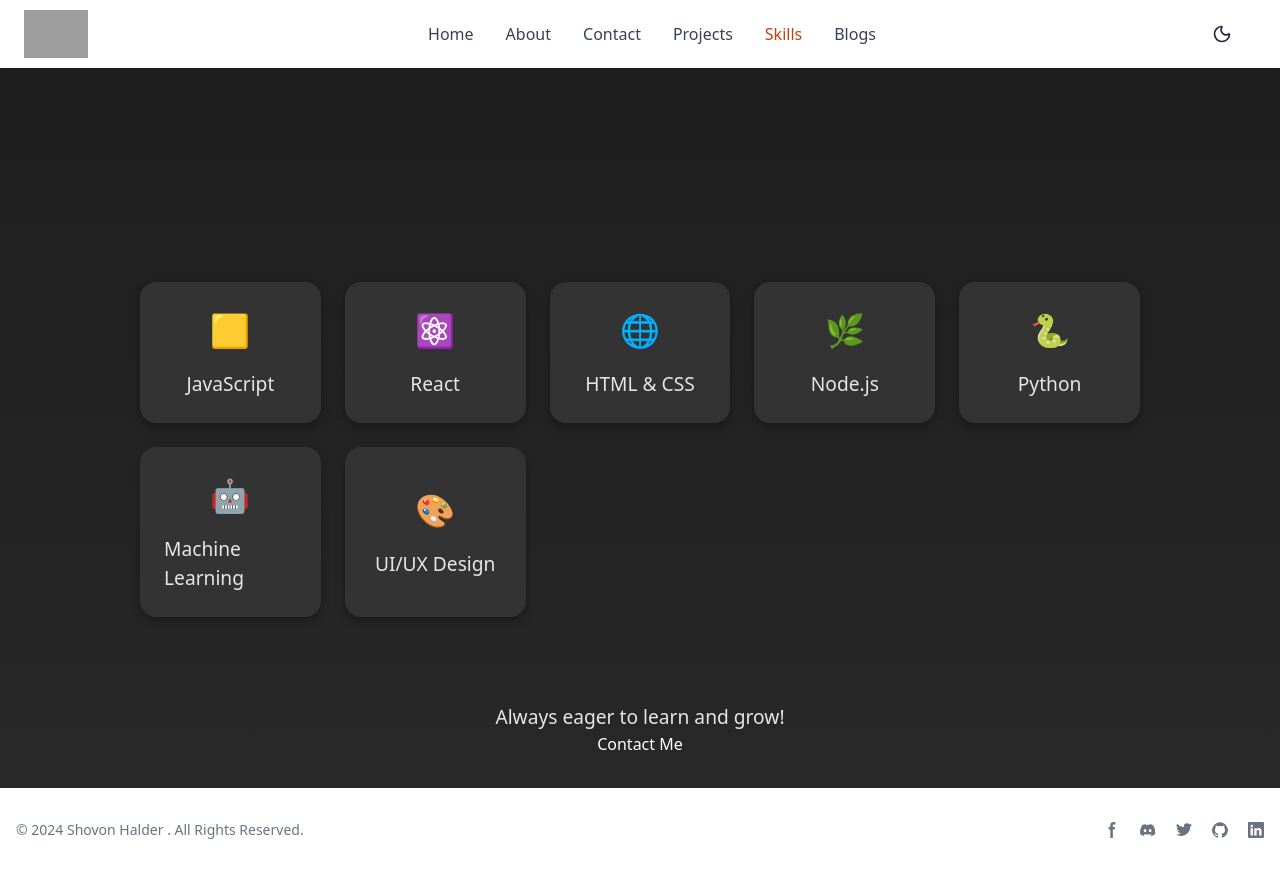
Repository: Shovon0004/Portfolio
Page: /Skill
These files come from the project's save history. The page is drawn as it stood at one moment and after the next save; the edit follows.
The browser window is 1280 px wide. The pictures show the whole page.
Pictures or frames that could not be fetched are drawn as grey boxes. The project was rebuilt for these pictures with package versions that can differ from the ones it lists, and the page was loaded fresh each time. Also part of the build but not shown: vite.config.js, src/components/Home.jsx, src/components/About.jsx, src/components/Projects.jsx, src/components/Contact.jsx, src/components/Blogs.jsx.

Above is the page before, as saved 2024-12-23 12:47:17.

After the next save:
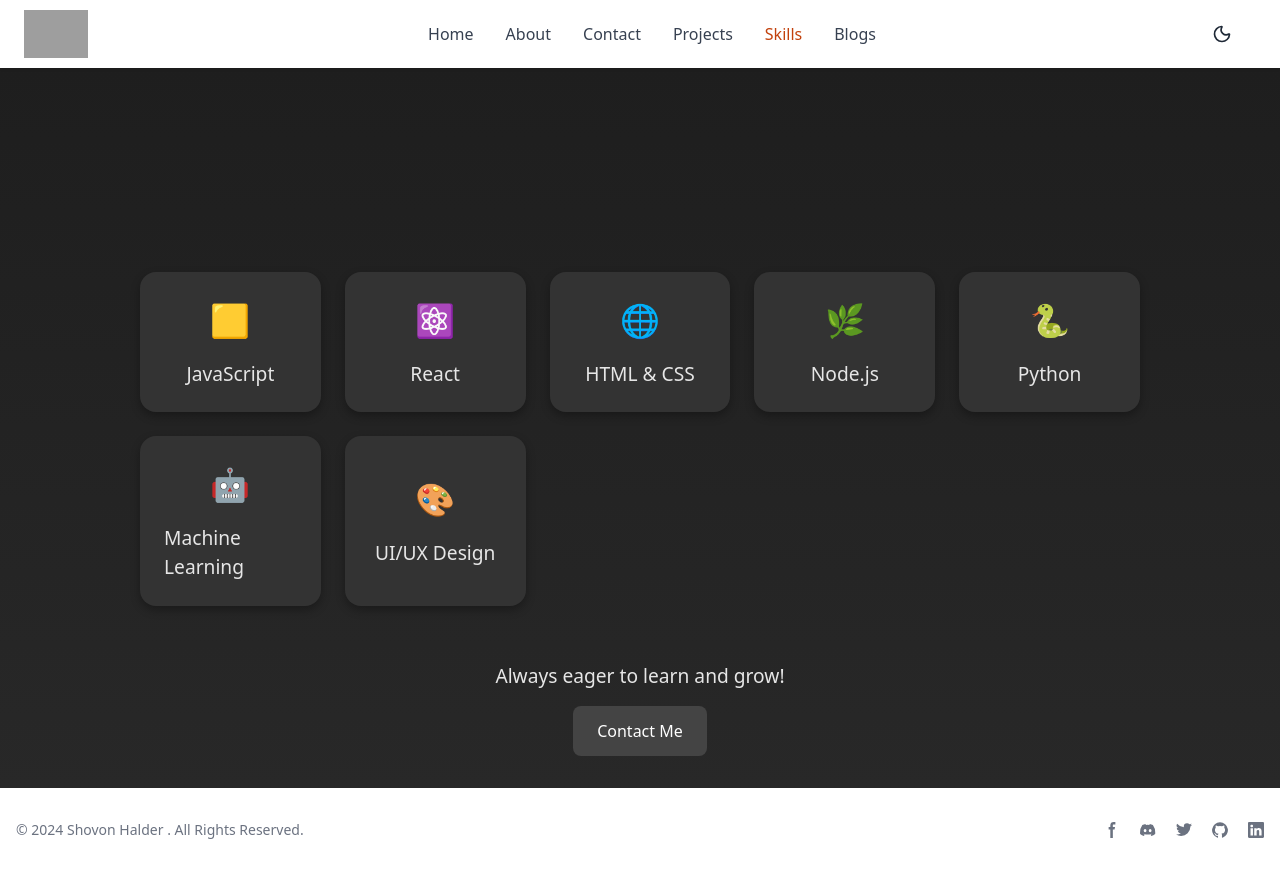
Saved 20 s later.
--- a/src/components/Skill.css
+++ b/src/components/Skill.css
@@ -10,6 +10,10 @@
   overflow: hidden;
 }
 
+.dark:bg-900 {
+  background-color: #121212;
+}
+
 .parallax-header {
   text-align: center;
   margin-bottom: 2rem;
@@ -19,6 +23,12 @@
   font-size: 3rem;
   font-weight: bold;
   color: #e6e6e6;
+}
+
+.skill-subtitle {
+  font-size: 1.5rem;
+  color: #aaa;
+  margin-top: 0.5rem;
 }
 
 .skills-grid {
@@ -38,7 +48,7 @@
   background: #333;
   border-radius: 1rem;
   box-shadow: 0 4px 10px rgba(0, 0, 0, 0.3);
-  transition: transform 0.2s;
+  transition: transform 0.2s, box-shadow 0.2s;
 }
 
 .skill-card h3 {
@@ -60,3 +70,15 @@
   font-size: 1.2rem;
   color: #e6e6e6;
 }
+
+.contact-button {
+  margin-top: 1rem;
+  padding: 0.8rem 1.5rem;
+  font-size: 1rem;
+  color: #fff;
+  background-color: #444;
+  border: none;
+  border-radius: 0.5rem;
+  cursor: pointer;
+  transition: background-color 0.3s, transform 0.2s;
+}
